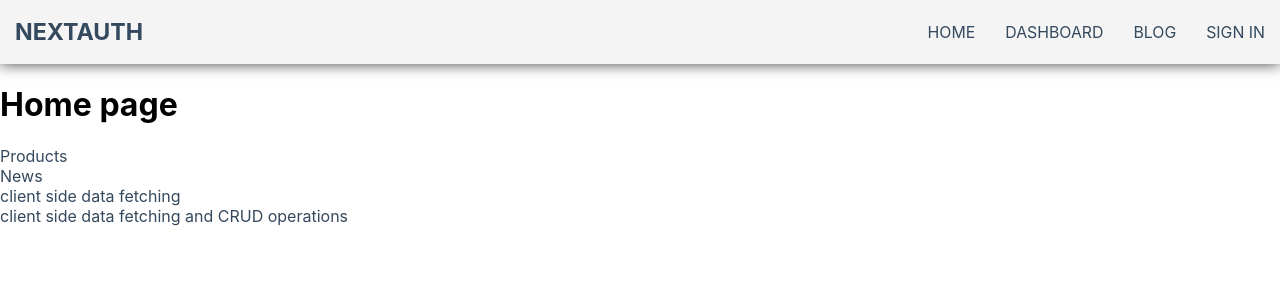
Repository: adeel146/nextjs
Page: /
An editor plug-in stored every save of this project. The page is shown before and after the next save, followed by the edit.
The browser window is 1280 px wide. The pictures show the whole page.
The page's requests for data from a server got no answer. The project was rebuilt for these pictures with package versions that can differ from the ones it lists, and the page was loaded fresh each time. The framework's server and built-in components were replaced by stand-ins that run in the browser. No one was signed in, and anything a server would have sent is missing. Also part of the build but not shown: next.config.js.

Above is the page before, as saved 2022-02-10 18:25:20.

### pages/_app.js
import Navbar from "../components/Navbar";
import "../styles/globals.css";
import { Provider } from "next-auth/client"
import "../components/Navbar.css";

function MyApp({ Component, pageProps}) {
  return (
    <Provider session={pageProps.session}>
      <Navbar />
      <Component {...pageProps} />
    </Provider>
  );
}

export default MyApp;

### pages/index.js
import Link from "next/link";

function Home() {
  return (
    <>
      <h1>Home page</h1>
      <ul>
        <li>
          <Link href="/products">
            <a>Products</a>
          </Link>
        </li>
        <li>
          <Link href="/news">
            <a>News</a>
          </Link>
        </li>
        <li>
          <Link href="/dashboard-swr">
            <a>client side data fetching</a>
          </Link>
        </li>
        <li>
          <Link href="/comments">
            <a>client side data fetching and CRUD operations</a>
          </Link>
        </li>
      </ul>
    </>
  );
}

export default Home;

### components/Navbar.js
import Link from "next/link";
import { signIn, signOut, useSession } from "next-auth/client";

function Navbar() {
  const [session, Loading] = useSession();
  return (
    <nav className="header">
      <h1 className="logo">
        <a href="#">NextAuth</a>
      </h1>
      <ul className={`main-nav `}>
        <li>
          <Link href="/">
            <a>Home</a>
          </Link>
        </li>
        <li>
          <Link href="/dashboard">
            <a>Dashboard</a>
          </Link>
        </li>
        <li>
          <Link href="/blog">
            <a>Blog</a>
          </Link>
        </li>

        {!session && (
          <li>
            <Link href="/api/auth/signin">
              <a
                onClick={(e) => {
                  e.preventDefault();
                  signIn();
                }}
              >
                Sign In
              </a>
            </Link>
          </li>
        )}
        {session && (
          <li>
            <Link href="/api/auth/signout">
              <a
                onClick={(e) => {
                  e.preventDefault();
                  signOut();
                }}
              >
                Sign Out
              </a>
            </Link>
          </li>
        )}
      </ul>
    </nav>
  );
}

export default Navbar;

### components/Navbar.css
ul {
    margin: 0;
    padding: 0;
    list-style: none;
  }

  h2,
  h3,
  a {
    color: #34495e;
  }

  a {
    text-decoration: none;
  }

  .logo {
    margin: 0;
    font-size: 1.45em;
  }

  .main-nav {
    display: flex;
    margin-top: 5px;
  }

  .logo a,
  .main-nav a {
    padding: 10px 15px;
    text-transform: uppercase;
    text-align: center;
    display: block;
  }

  .main-nav a {
    color: #34495e;
    font-size: 0.99em;
  }

  .main-nav a:hover {
    color: #718daa;
  }

  .header {
    display: flex;
    justify-content: space-between;
    padding-top: 0.5em;
    padding-bottom: 0.5em;
    background-color: #f4f4f4;
    -webkit-box-shadow: 0px 0px 14px 0px rgba(0, 0, 0, 0.75);
    -moz-box-shadow: 0px 0px 14px 0px rgba(0, 0, 0, 0.75);
    box-shadow: 0px 0px 14px 0px rgba(0, 0, 0, 0.75);
  }

  .loading {
    opacity: 0;
    transition: all 0.2s ease-in;
  }

  .loaded {
    opacity: 1;
    transition: all 0.2s ease-in;
  }

Loaded but not shown: styles/globals.css (common file)

After the next save:
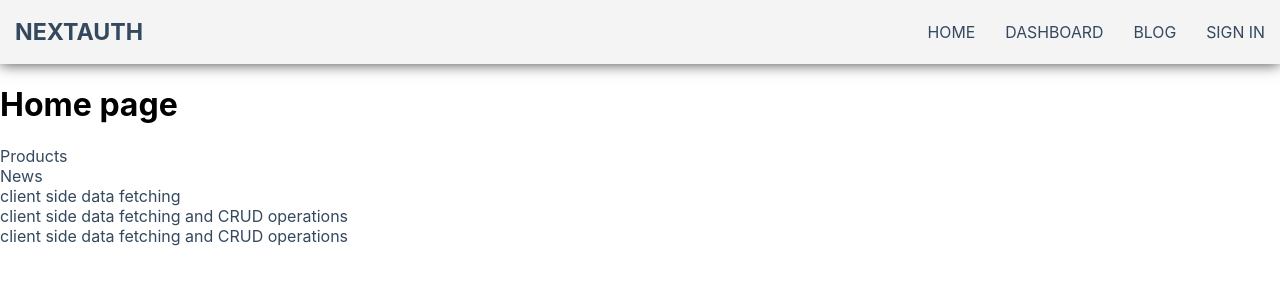
Saved 6 s later.
--- a/pages/index.js
+++ b/pages/index.js
@@ -25,6 +25,11 @@
             <a>client side data fetching and CRUD operations</a>
           </Link>
         </li>
+        <li>
+          <Link href="/comments">
+            <a>client side data fetching and CRUD operations</a>
+          </Link>
+        </li>
       </ul>
     </>
   );

After the 2 saves that followed:
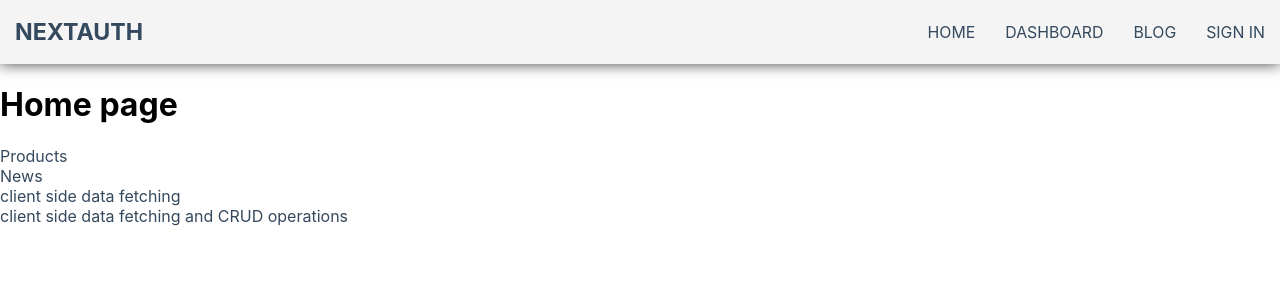
The 2 saves are shown as one change because 1 left the picture as it was.
The last was saved 13 s later.
--- a/pages/index.js
+++ b/pages/index.js
@@ -26,8 +26,8 @@
           </Link>
         </li>
         <li>
-          <Link href="/comments">
-            <a>client side data fetching and CRUD operations</a>
+          <Link href="/dashboard">
+            <a></a>
           </Link>
         </li>
       </ul>
